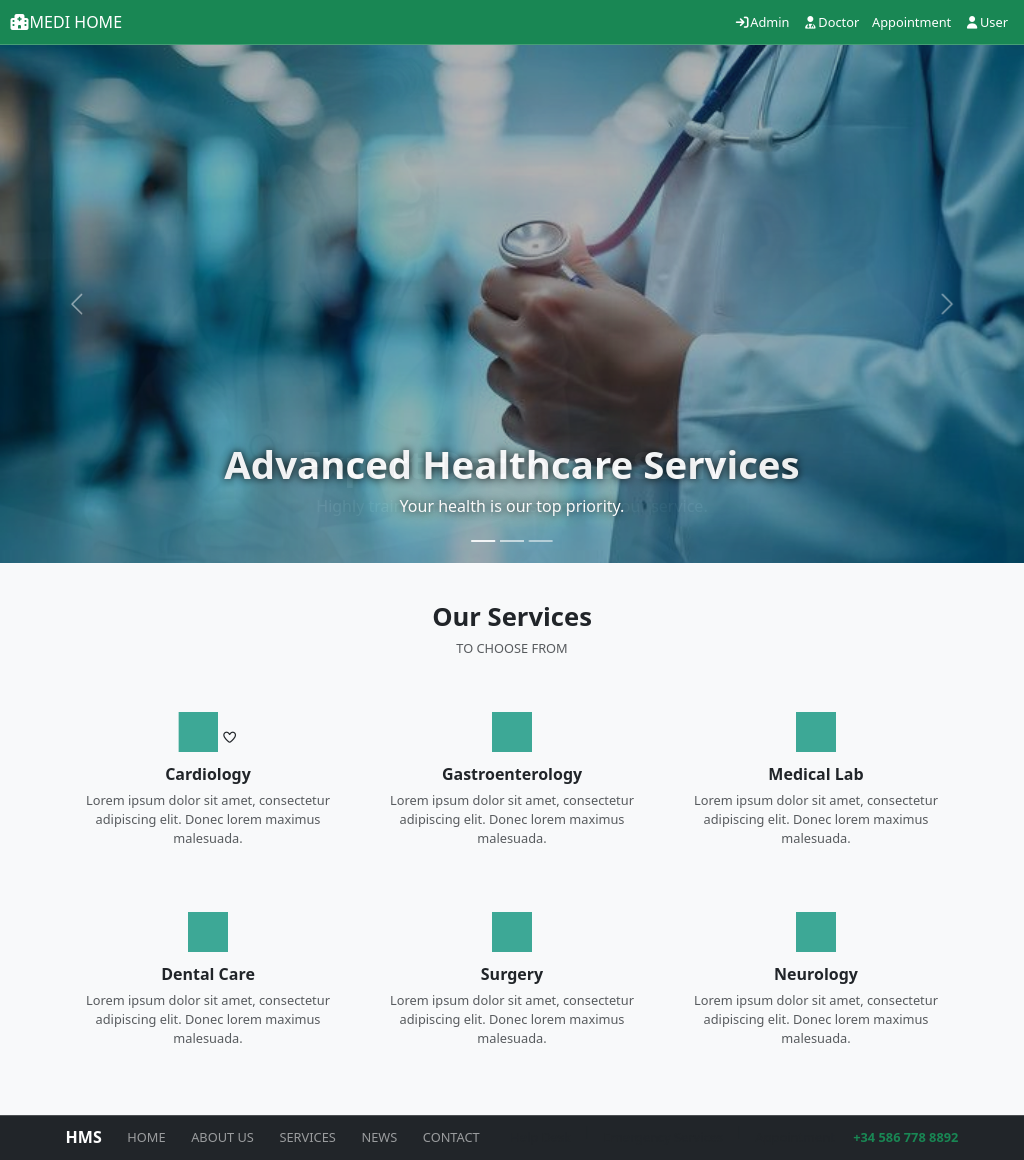
Repository: Anikett-777/app-auth
Page: http://localhost/Hospital_management_System_02/
The author's editor kept a copy of each file at every save. The page is drawn from the files as they stood at one save, then again after the next save.
The browser window is 1280 px wide. The pictures show the whole page, at 80% of full size.
Pictures or frames that could not be fetched are drawn as grey boxes. Some icons come from a web library that is not loaded, so they are not drawn. Some web libraries are served in a nearby version. The page is served by Tomcat 9.

Above is the page before, as saved 2025-12-03 12:00:39.

After the next save:
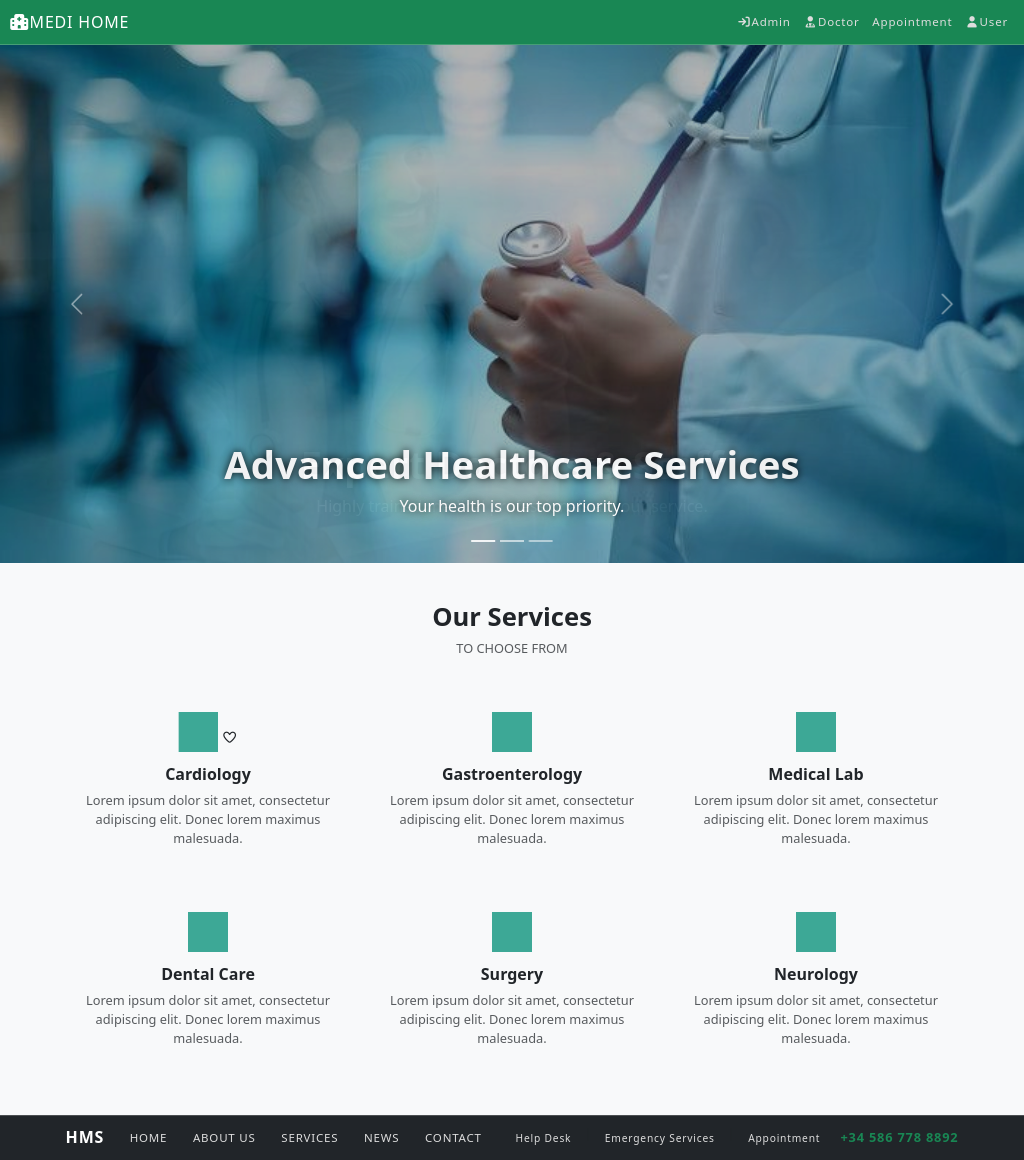
Saved 46 s later.
--- a/Hospital_management_System_02/src/main/webapp/index.jsp
+++ b/Hospital_management_System_02/src/main/webapp/index.jsp
@@ -1,3 +1,5 @@
+<%@page import="com.db.DBConnect" %>
+<%@page import="java.sql.Connection" %>
 <%@ page language="java" contentType="text/html; charset=UTF-8"
 	pageEncoding="UTF-8"%>
 <!DOCTYPE html>
@@ -37,10 +39,30 @@
   filter: brightness(0) saturate(100%) invert(55%) sepia(45%) saturate(500%)
           hue-rotate(120deg) brightness(95%) contrast(90%);
 }
+
+
+
+
+/*	Footer  */
+.navbar {
+  letter-spacing: 1px;
+}
+
+.nav-link {
+  font-size: 0.9rem;
+  color: #ddd !important;
+}
+
+.nav-link:hover {
+  color: #00d4a7 !important; /* mint hover color */
+}
+
+.extra-links .nav-link {
+  font-size: 0.8rem;
+}
 </style>
 <body>
 <%@include file="components/navbar.jsp" %>
-
 
 <!-- Carousel Start -->
 <div id="hospitalCarousel" class="carousel slide carousel-fade" data-bs-ride="carousel">
